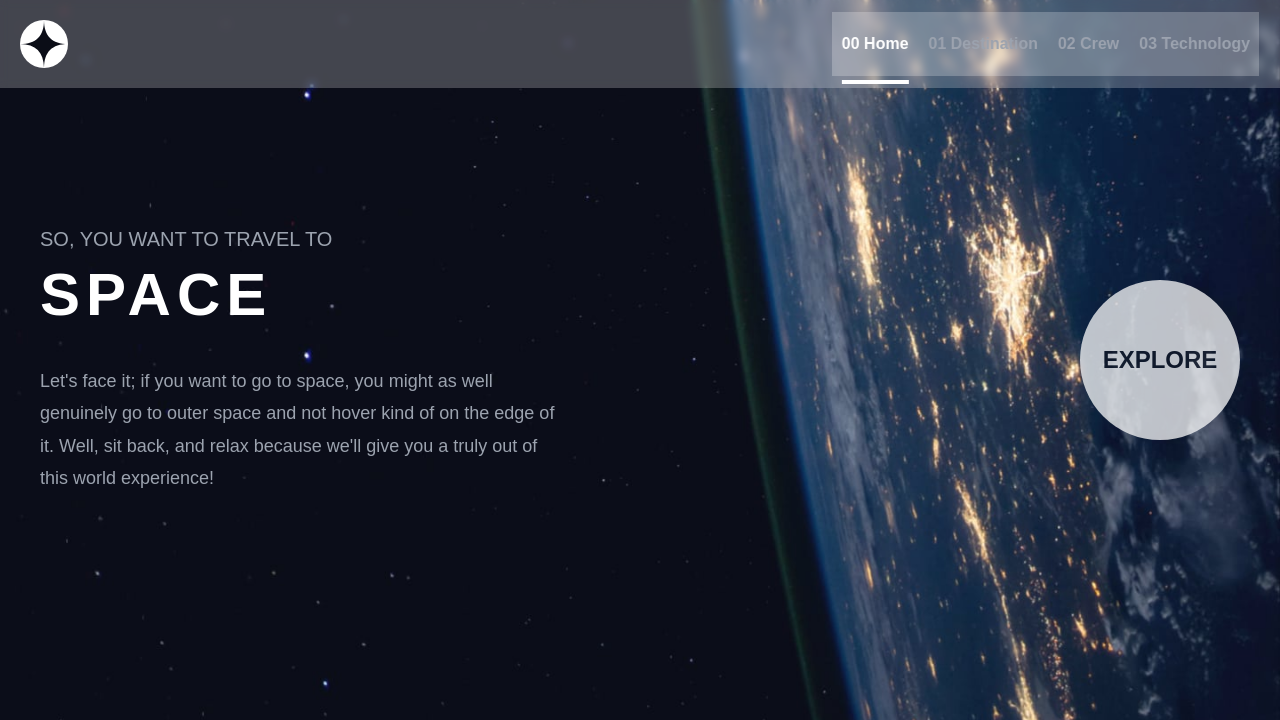
Repository: OmniaRafat232111121/Space-Toursim
Page: /
These files come from the project's save history. The page is drawn as it stood at one moment and after the next save; the edit follows.
The browser window is 1280 px wide. The pictures show the whole page.
Some web fonts or font styles are not loaded; a fallback is used. The project was rebuilt for these pictures with package versions that can differ from the ones it lists, and the page was loaded fresh each time. Also part of the build but not shown: src/components/Destination.js, src/components/Crew.js, src/components/Technology.js, src/components/Error.js.

Above is the page before, as saved 2022-08-09 15:46:00.

After the next save:
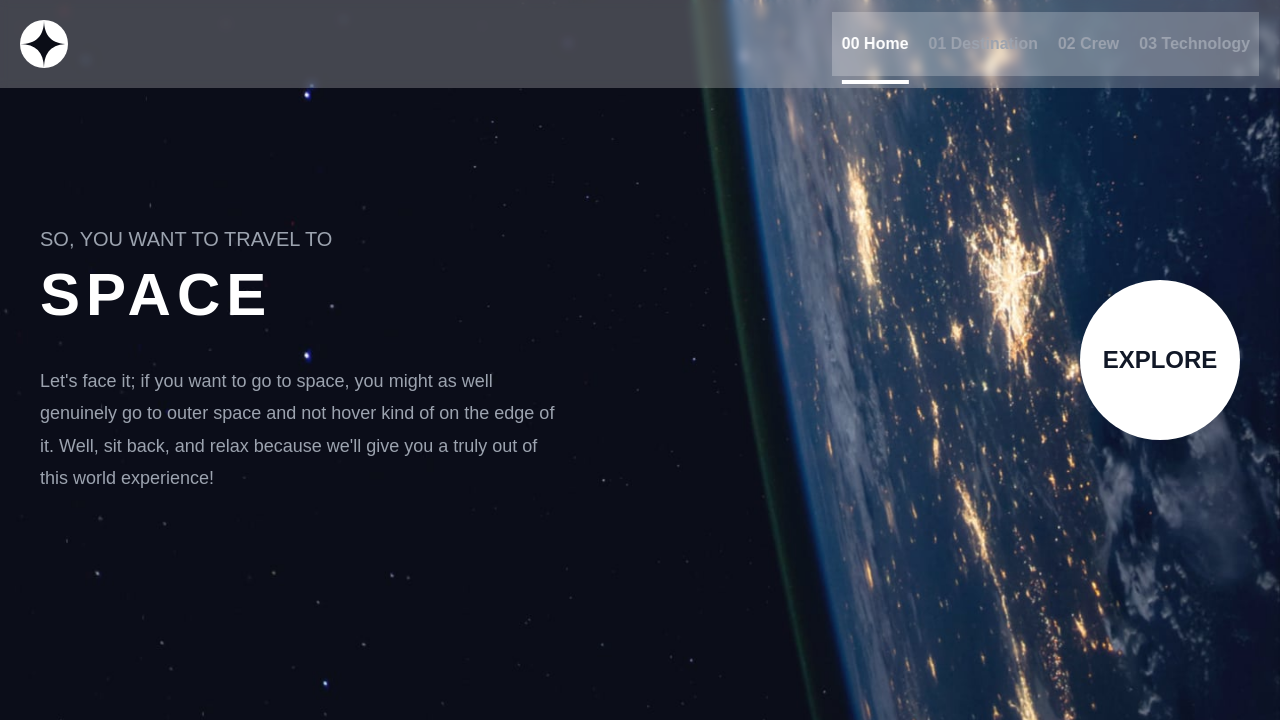
Saved 21 s later.
--- a/src/components/Home.js
+++ b/src/components/Home.js
@@ -19,7 +19,7 @@
             </p>
       </article>
       <article>
-      <button className="bg-white text-gray-900 font-bold uppercase text-2xl w-40 h-40 rounded-full animate__bounceIn  mt-10 md:mt-0 animate-pulse">
+      <button className="bg-white text-gray-900 font-bold uppercase text-2xl w-40 h-40 rounded-full animate__bounceIn  mt-10 md:mt-0">
         Explore
       </button>
     </article>

After the save that followed:
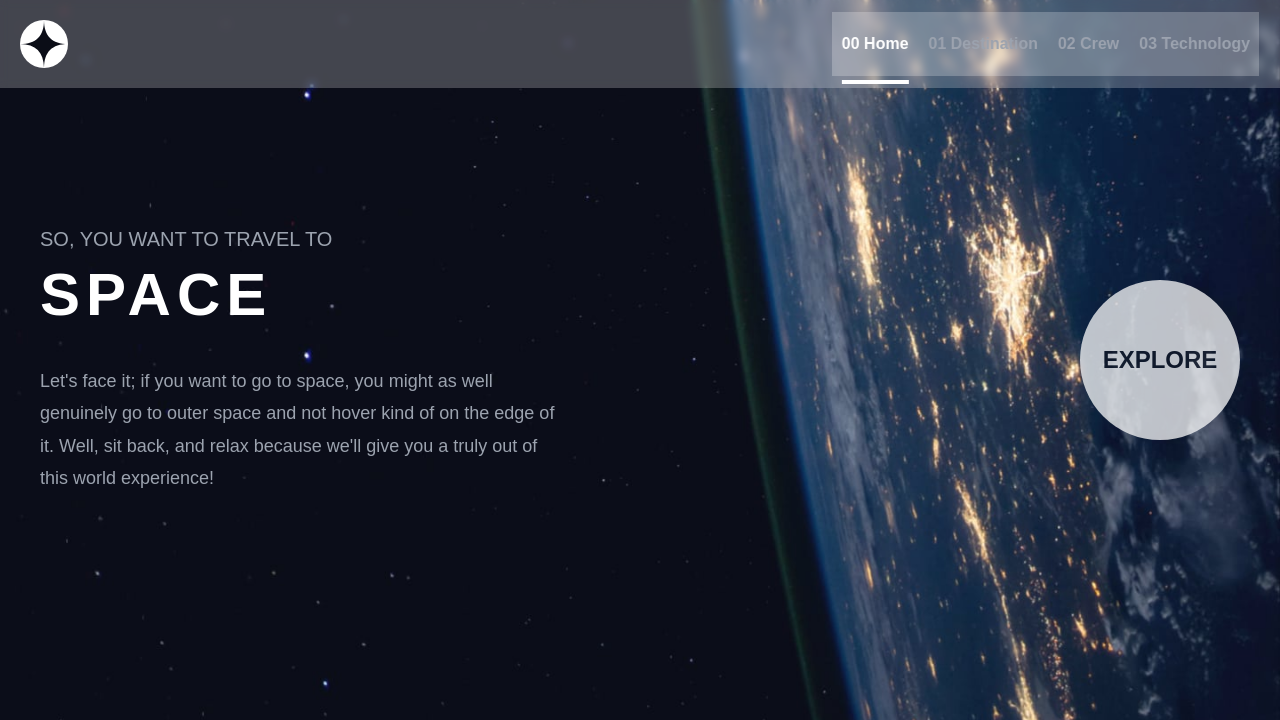
Saved 10 s later.
--- a/src/components/Home.js
+++ b/src/components/Home.js
@@ -19,7 +19,7 @@
             </p>
       </article>
       <article>
-      <button className="bg-white text-gray-900 font-bold uppercase text-2xl w-40 h-40 rounded-full animate__bounceIn  mt-10 md:mt-0">
+      <button className="bg-white text-gray-900 font-bold uppercase text-2xl w-40 h-40 rounded-full animate__bounceIn  mt-10 md:mt-0 animate-pulse">
         Explore
       </button>
     </article>
